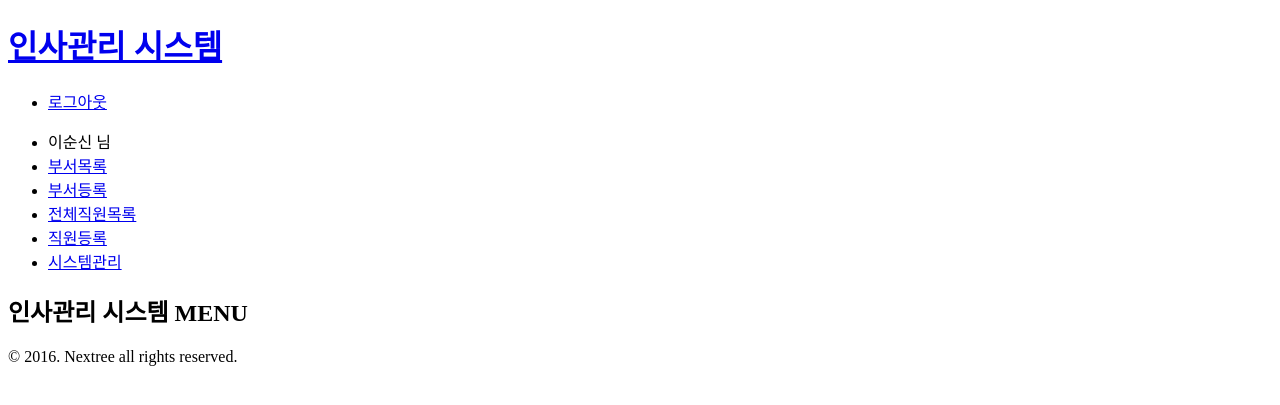
Repository: brotherdoor/shiba
Page: http://localhost/HumanResource_templete/views/menu.jsp
An editor plug-in stored every save of this project. The page is shown before and after the next save, followed by the edit.
The browser window is 1280 px wide. The pictures show the whole page.
The page is served by Tomcat 9. Other server files are loaded and not shown.

Above is the page before, as saved 2017-02-27 01:32:40.

### jsp/HumanResource_templete/WebContent/views/menu.jsp
<%@ page language="java" contentType="text/html; charset=UTF-8"
    pageEncoding="UTF-8"%>
<%@ taglib prefix="c" uri="http://java.sun.com/jsp/jstl/core" %>
<!DOCTYPE html>
<c:set var="ctx">${pageContext.request.contextPath }</c:set>
<html>
<head>
    <meta charset="UTF-8">
    <title>인사관리 시스템</title>
    <link rel="stylesheet" href="${ctx }/style/css/reset.css">
    <link rel="stylesheet" href="${ctx }/style/css/style.css">
</head>
<body>
<header>
    <h1>
        <a href="deptList.html">인사관리 시스템</a>
    </h1>
    <ul class="login-info">
        <li class="logout-btn"><a href="#">로그아웃</a></li>
    </ul>
</header>
<nav>
    <ul>
        <li class="user-info">
            이순신 님
        </li>
        <li>
            <a href="deptList.html">부서목록</a>
        </li>
        <li>
            <a href="deptCreate.html">부서등록</a>
        </li>
        <li>
            <a href="employeeList.html">전체직원목록</a>
        </li>
        <li>
            <a href="employeeCreate.html">직원등록</a>
        </li>
        <li>
            <a href="#">시스템관리</a>
        </li>
    </ul>
</nav>
<div class="contents-wrap">
    <h2 class="page-title"> 인사관리 시스템 MENU </h2>

</div>
<footer>
    <p>    &#169; 2016. Nextree all rights reserved.</p>
</footer>
</body>
</html>

### jsp/HumanResource_templete/WebContent/style/css/reset.css
/* public reset */

html,
body,
div,
span,
applet,
object,
iframe,
h1,
h2,
h3,
h4,
h5,
h6,
p,
blockquote,
pre,
a,
abbr,
acronym,
address,
big,
cite,
code,
del,
dfn,
em,
img,
ins,
kbd,
q,
s,
samp,
small,
strike,
strong,
sub,
sup,
tt,
var,
b,
u,
i,
center,
dl,
dt,
dd,
ol,
ul,
li,
fieldset,
form,
label,
legend,
table,
caption,
tbody,
tfoot,
thead,
tr,
th,
td,
article,
aside,
canvas,
details,
embed,
figure,
figcaption,
footer,
header,
menu,
nav,
output,
ruby,
section,
summary,
time,
mark,
audio,
video {
    margin: 0;
    padding: 0;
    border: 0;
    font-size: 100%;
    font: inherit;
    vertical-align: baseline;
}

/* HTML5 display-role reset for older browsers */
article,
aside,
details,
figcaption,
figure,
footer,
header,
menu,
nav,
section {
    display: block;
}

body {
    font-family: "Malgun gothic",dotum,"Helvetica Neue",Helvetica,sans-serif,arial;
    line-height: 1;
    font-size:13px;
}

ol,
ul {
    list-style: none;
}

blockquote,
q {
    quotes: none;
}

blockquote:before,
blockquote:after,
q:before,
q:after {
    content: '';
    content: none;
}

table {
    border-collapse: collapse;
    border-spacing: 0;
}

.clearFix:after {
    content: "";
    display: block;
    width: 0;
    height: 0;
    clear: both;
}

.hidden {
    width: 0;
    height: 0;
    overflow: hidden;
    font-size: 0;
}

.blind {
    display: none !important;
}

.inline {
    display: inline !important;
}

.block {
    display: block !important;
}

.left {
    text-align: left;
}

.right {
    text-align: right;
}

.center {
    text-align: center;
}


ins {
    text-decoration: none;
}

del {
    text-decoration: line-through;
}

.blind,
table caption,
legend {
    width: 1px;
    height: 1px;
    overflow: hidden;
    position: absolute;
    top: 0;
    font-size: 0;
    line-height: 0;
}

.left,
.l {
    text-align: left !important;;
}

.right,
.r {
    text-align: right !important;;
}

.center,
.c {
    text-align: center !important;
}

*,
*:after,
*:before {
    -webkit-box-sizing: border-box;
    -moz-box-sizing: border-box;
    box-sizing: border-box;
}
a {
    color: #249dd5;
    text-decoration: none;
}

a:hover {
    color: #000;
}

### jsp/HumanResource_templete/WebContent/style/css/style.css
body {
    font-family: "Malgun gothic", dotum, "Helvetica Neue", Helvetica, sans-serif, arial;
}

header {
    width: 100%;
    height: 45px;
    background: #2c3e50;
    position: fixed;
    top: 0;
    left: 0;
    z-index: 999;
    /*overflow: hidden;*/
}

header h1 a {
    font-size: 18px;
    font-weight: bold;
    color: #fff;
    padding: 12px;
    float: left;
}

header h1 a:hover {
    color: #fff;
}

.login-info {
    float: right;
    line-height: 45px;
    padding: 0 10px;
}

.logout-btn {
    font-size: 13px;
}

.logout-btn:hover {
    color: #fff;
    font-weight: bold;
    background: #232c37;
}

.logout-btn a:hover {
    color: #fff;
    text-decoration: underline;
}

.logout-btn a {
    color: #fff;
    display: block;
    padding: 0 15px;
}

nav {
    width: 220px;
    height: 100%;
    position: fixed;
    background: #f7f7f7;
    border-right: 1px solid #d6d6d6;
    padding: 0;
    z-index: 99;
}

nav li {
    position: relative;
    border-bottom: 1px solid #d6d6d6;
}

nav li a {
    display: block;
    padding: 15px 20px;
    font-size: 13px;
    font-weight: bold;
    color: #363636;
}

nav li a:hover {
    background: #f0f0f0;
}

nav li a:before {
    content: '';
    display: block;
    width: 4px;
    height: 44px;
    position: absolute;
    left: 0;
    top: 0;
    background: #5bc0de;
}

.on {
    background: #e4e4e4;
}

.user-info {
    padding: 14px;
    text-align: center;
    vertical-align: middle;
    display: block;
    background: #e4e4e4;
    height: 63px;
    overflow: hidden;
}

.user-info:before {
    display: inline-block;
    vertical-align: middle;
    text-align: center;
    width: 38px;
    height: 38px;
    padding: 11px 10px 10px 10px;
    color: #fff;
    border-radius: 20px;
    border: 1px solid #ddd;
    background: #2c244f; /* Old browsers */
    background: -moz-linear-gradient(top, #2c244f 0%, #77034f 100%); /* FF3.6-15 */
    background: -webkit-linear-gradient(top, #2c244f 0%, #77034f 100%); /* Chrome10-25,Safari5.1-6 */
    background: linear-gradient(to bottom, #2c244f 0%, #77034f 100%); /* W3C, IE10+, FF16+, Chrome26+, Opera12+, Safari7+ */
    filter: progid:DXImageTransform.Microsoft.gradient(startColorstr='#2c244f', endColorstr='#77034f', GradientType=0); /* IE6-9 */

}

.contents-wrap {
    position: relative;
    margin: 44px 0 0 220px;
    min-width: 1040px;
}

h2.page-title {
    font-size: 22px;
    padding: 20px;
    position: relative;
    background: #f9f9f9;
    border-bottom: 1px solid #d6d6d6;
}

h2.page-title:after {
    content: "";
    width: 88px;
    height: 3px;
    background: #5bc0de;
    display: block;
    position: absolute;
    bottom: 0;
}

.contents {
    padding: 30px 40px;
}

table {
    width: 100%;
    border: 1px solid #dddddd;
    margin-bottom: 15px;
}

table tr th {
    background: #f5f5f6;
    padding: 10px 20px;
    text-align: center;
    border-right: 1px solid #ddd;
    border-bottom: 1px solid #ddd;
}

table tr td {
    padding: 10px;
    border-right: 1px solid #ddd;
    border-bottom: 1px solid #ddd;
    text-align: center;
}

table tr:nth-child(odd) {
    background: #fff;
}

table tr:nth-child(even) {
    background: #f9f9f9;
}

.delete a {
    padding: 5px 10px;
    border-radius: 5px;
    background: #fa8678;
    color: #fff;
    font-size: 11px;
}

.delete a:hover {
    background: #d9534f;
}

select {
    height: 25px;
}

form {
    width: 100%;
    border: 1px solid #dddddd;
    padding: 20px 25px;
}

.contents-wrap form {
    border-radius: 5px;
    background: #f8f8f8;
}

.alignRight {
    text-align: right;
}

input:focus {
    background: #FFDFB0;
}

input[type="text"], input[type="password"] {
    width: 400px;
    border: 1px solid #d1d1d1;
    border-radius: 3px;
    padding: 5px;
}

form div {
    margin-bottom: 10px;
    text-align: center;
}

input[type="reset"] {
    border-radius: 5px;
    background: #fff;
    border: 1px solid #cbcdcf;
    padding: 4px 15px 6px 15px;
    color: #333;
    cursor: pointer;
}

input[type="reset"]:hover {
    background: #f8f8f8;
}

input[type="submit"] {
    border-radius: 5px;
    background: #a6b4bb;
    border: none;
    padding: 4px 15px 6px 15px;
    color: #fff;
    cursor: pointer;
}

input[type="submit"]:hover {
    background: #99a6ad;
}

button {
    border-radius: 5px;
    background: #3498db;
    border: none;
    padding: 4px 15px 6px 15px;
    color: #fff;
    cursor: pointer;
}

button:hover {
    background: #0f72b4;
}

.info-box {
    border: 1px solid #ddd;
    background: #ececec;
    padding: 15px 20px;
    text-align: center;
    margin-bottom: 20px;
    border-radius: 5px;
    font-size: 16px;
    line-height: 1.3em;
}

footer {
    width: 100%;
    position: absolute;
    bottom: 0;
    left: 0;
    background: #eeeeee;
    text-align: center;
    padding: 10px 0;
}

/*  login*/

.login-wrap {
    width: 400px;
    background: #f5f5f5;
    margin: 280px auto;
    border: 1px solid #ddd;
    border-radius: 5px;
    box-shadow: 0 0 5px #e8e8e8;

}

.login-wrap h3 {
    font-weight: bold;
    font-size: 18px;
    text-align: center;
    padding: 15px 0;
    background: #2c3e50;
    color: #fff;
    border-bottom: 2px solid #3498db;
    border-radius: 5px 5px 0 0;
}

.login-title {
    font-weight: bold;
    font-size: 18px;
    padding: 20px 0;
    background: #2b3643;
    color: #fff;
}

.login-wrap form {
    border: none;
}

.login-wrap label {
    width: 100%;
    display: inline-block;
    padding: 10px 0;
    font-weight: bold;

}

.login-wrap input[type="text"], .login-wrap input[type="password"] {
    display: block;
    width: 100%;
}

.login-wrap input[type="password"] {
    margin-bottom: 20px;
}

.login-btn {
    margin: 0 auto;
}

.login-wrap input[type="submit"] {
    padding: 8px 15px;
    background: #3498db;
    color: #fff;
}

.login-wrap input[type="reset"] {
    padding: 8px 15px;
}

.login-wrap input[type="submit"]:hover {
    background: #0f72b4;
    font-weight: bold;
}

/* error */

.error-wrap {
    width: 550px;
    margin: 120px auto;
    background: #fbfbfb;
    position: relative;
    box-shadow: 0px 0px 5px #e8e8e8;
    border: 1px solid #ddd;
    border-radius: 5px;
    overflow: hidden;
}

.error-wrap h2 {
    display: block;
    background: #fff;
}

.error-wrap h2:after {
    content: "";
    display: inline-block;
    width: 100%;
    height: 2px;
    background: #3498db;
}

.error-wrap h2 img {
    padding: 10px 0 0 10px;
}

.img_notice {
    display: block;
    overflow: hidden;
    background: url(http://icon.daumcdn.net/error/img_error.gif) no-repeat 0 -50px;
    font-size: 0;
    line-height: 0;
    vertical-align: top;
    width: 88px;
    height: 88px;
    margin: 30px auto;
}

.desc_error {
    text-align: left;
    width: 300px;
    margin: 15px auto;
    font-size: 13px;
    line-height: 1.3em;
    font-weight: normal;
}

.contents {
    padding-top: 50px;
    display: block;
}

.error-title {
    font-weight: normal;
    font-size: 18px;
    text-align: center;
    position: relative;
}

.notice_error {
    text-align: center;
    padding: 15px 0;
    font-size: 15px;
    font-weight: bold;
}

.screen_out {
    display: inline-block;
    padding: 8px 15px;
    background: #337ab7;
    border-radius: 5px;
    margin: 70px 0;
    font-weight: bold;
    cursor: pointer;
}

.screen_out:hover {
    background: #22537b;
}

.screen_out a {
    color: #fff;
}

### jsp/HumanResource_templete/WebContent/views/sideMenu.jspf
<%@ page language="java" contentType="text/html; charset=UTF-8"
    pageEncoding="UTF-8"%>
<%@ taglib prefix="c" uri="http://java.sun.com/jsp/jstl/core" %>
<ul>
        <li class="user-info">
            ${sessionScope.loginId } 님
        </li>
        <li>
            <a href="${ctx }/dept/list.do">부서목록</a>
        </li>
        <li>
            <a href="${ctx }/views/deptCreate.jsp">부서등록</a>
        </li>
        <li>
            <a href="${ctx }/employee/list.do">전체직원목록</a>
        </li>
        <li>
            <a href="#">직원등록</a>
        </li>
        <c:if test="${sessionScope.loginId eq 'admin' }">
        <li>
            <a href="#">시스템관리</a>
        </li>
        </c:if>
    </ul>

After the next save:
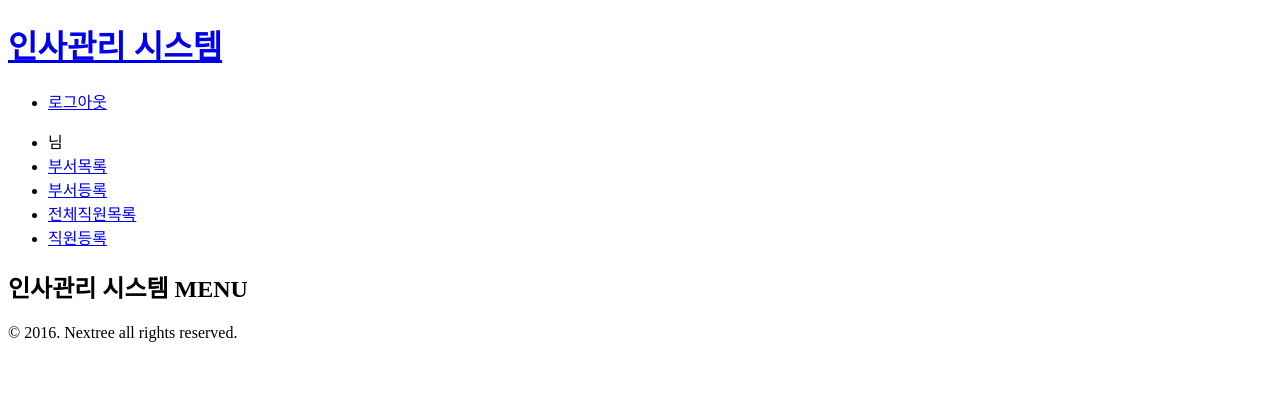
Saved 92 s later.
--- a/jsp/HumanResource_templete/WebContent/views/menu.jsp
+++ b/jsp/HumanResource_templete/WebContent/views/menu.jsp
@@ -20,26 +20,7 @@
     </ul>
 </header>
 <nav>
-    <ul>
-        <li class="user-info">
-            이순신 님
-        </li>
-        <li>
-            <a href="deptList.html">부서목록</a>
-        </li>
-        <li>
-            <a href="deptCreate.html">부서등록</a>
-        </li>
-        <li>
-            <a href="employeeList.html">전체직원목록</a>
-        </li>
-        <li>
-            <a href="employeeCreate.html">직원등록</a>
-        </li>
-        <li>
-            <a href="#">시스템관리</a>
-        </li>
-    </ul>
+    <%@ include file="sideMenu.jspf" %>
 </nav>
 <div class="contents-wrap">
     <h2 class="page-title"> 인사관리 시스템 MENU </h2>
